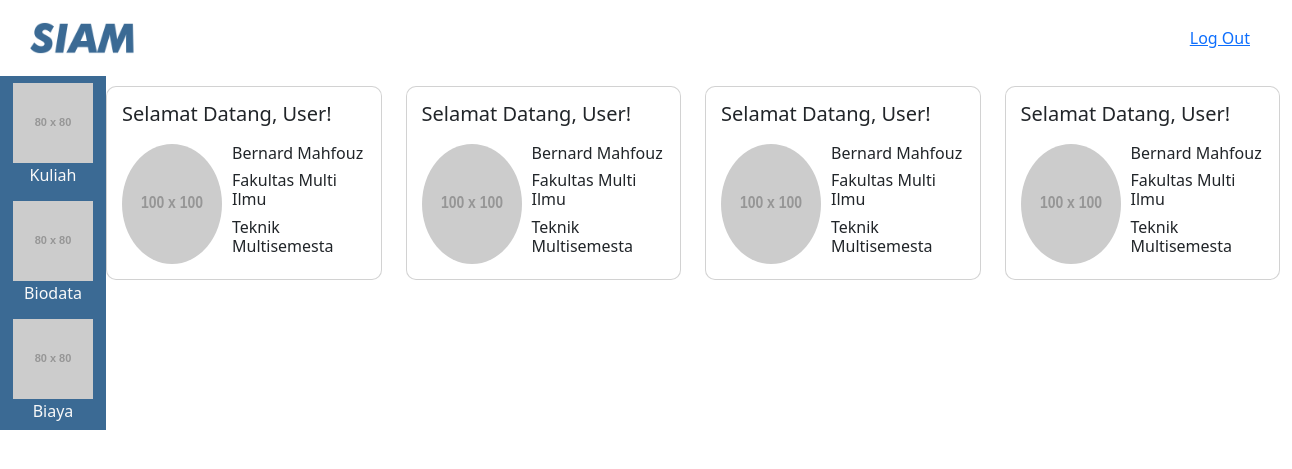
Repository: haikalirf/Project-IMK
Page: kuliah.html
These files come from the project's save history. The page is drawn as it stood at one moment and after the next save; the edit follows.
The browser window is 1280 px wide. The page is 1292 px wide, then 1280 px, so the pictures cover 1292 px, including what lies to the right of the window. The pictures show the whole page.

Above is the page before, as saved 2022-12-10 14:30:25.

After the next save:
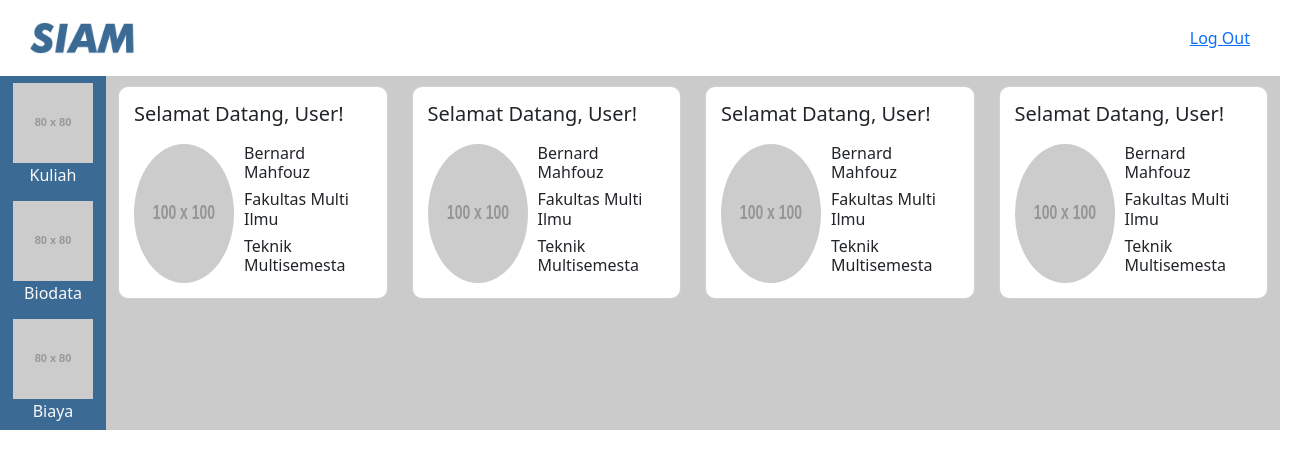
Saved 3 s later.
--- a/styles/kuliah.css
+++ b/styles/kuliah.css
@@ -31,7 +31,7 @@ a img, a label {
 	color: #f9f9f9;
 }
 
-main {
+.main-rows{
 	background-color: #cbcbcb;
 	margin-left: 0px;
 	width: calc(100% - 106px);
